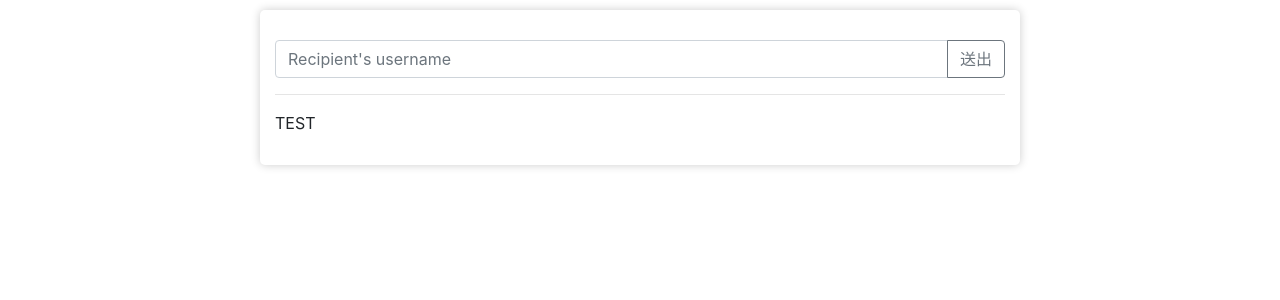
Repository: iian0910/vue3_todoList
Page: /
These files come from the project's save history. The page is drawn as it stood at one moment and after the next save; the edit follows.
The browser window is 1280 px wide. The pictures show the whole page.
The project was rebuilt for these pictures with package versions that can differ from the ones it lists, and the page was loaded fresh each time.

Above is the page before, as saved 2021-02-23 16:06:39.

### src/App.vue
<template>
  <TodoList/>
</template>

<script lang="ts">
import { defineComponent } from 'vue'
import TodoList from './components/TodoList.vue'

export default defineComponent({
  name: 'App',
  components: {
    TodoList
  }
})
</script>

<style lang="scss">
@import './assets/scss/all';
</style>

### src/assets/scss/all.scss
@import '~bootstrap/scss/bootstrap.scss';
@import './helpers/variables';

### src/components/TodoList.vue
<template>
  <div class="container">
    <div class="row">
      <div class="col-8 offset-2 content">
        <!-- input 輸入框 -->
        <div class="input-group mb-3">
          <input
            type="text"
            class="form-control"
            placeholder="Recipient's username"
            v-model="newTodo">
          <div class="input-group-append">
            <button
              class="btn btn-outline-secondary"
              type="button"
              @click="addTodo">送出</button>
          </div>
        </div>
        <!---->
        <hr>
        <!-- List 展示 -->
        <ul class="list">
          <li class="list-item" v-for="(todo, index) in todoList" :key="index">
            <label class="form-check-label">{{todo.title}}</label>
          </li>
        </ul>
        <!---->
      </div>
    </div>
  </div>
</template>
<script lang="ts">
import { defineComponent, reactive, ref } from 'vue'

interface Todo {
  // eslint-disable-next-line @typescript-eslint/member-delimiter-style
  id: string
  // eslint-disable-next-line @typescript-eslint/member-delimiter-style
  title: string
}

export default defineComponent({
  name: 'TodoList',
  setup () {
    // ref:
    // 可以接受「任何型態」的資料
    // 但是不會對「物件」或「陣列」內部的屬性變動做監聽

    // reactive
    // 「只接受」物件或陣列，可以做深層的監聽
    // 以及取得資料不需要 「.value」
    const newTodo = ref('')
    const todoList = reactive([{
      id: '001',
      title: 'TEST'
    }])

    // methods
    function addTodo () {
      if (newTodo.value) {
        todoList.push({
          id: Math.floor(Date.now()).toString(),
          title: newTodo.value
        })
        newTodo.value = ''
      }
    }

    // return
    return {
      todoList,
      newTodo,
      addTodo
    }
  }
})
</script>

<style lang="scss">
.content{
  padding: 30px;
  margin: 10px auto;
  border-radius: 5px;
  box-shadow: 0px 0px 10px 0px rgba(0, 0, 0, 0.2);
}
.list{
  padding: 0;
  margin: 0;
  list-style: none;
}
</style>

Loaded but not shown: public/index.html (common file); src/main.ts (common file); src/assets/scss/helpers/_variables.scss (1146 lines, source omitted)

After the next save:
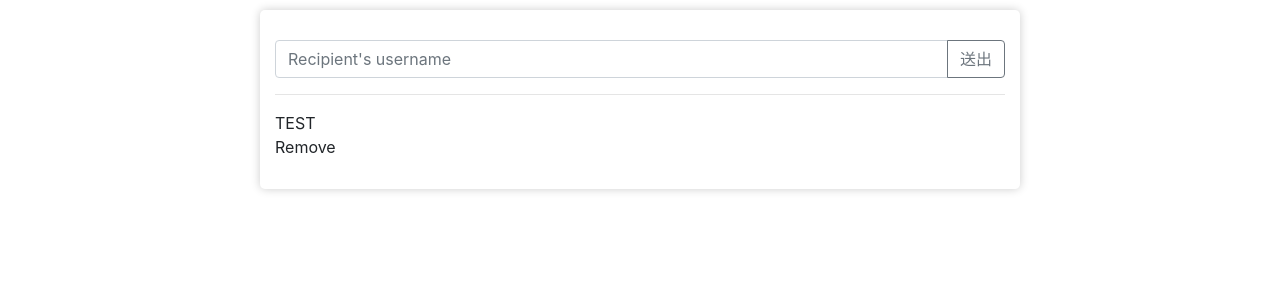
Saved 28 s later.
--- a/src/components/TodoList.vue
+++ b/src/components/TodoList.vue
@@ -22,6 +22,7 @@
         <ul class="list">
           <li class="list-item" v-for="(todo, index) in todoList" :key="index">
             <label class="form-check-label">{{todo.title}}</label>
+            <div class="remove-list">Remove</div>
           </li>
         </ul>
         <!---->
